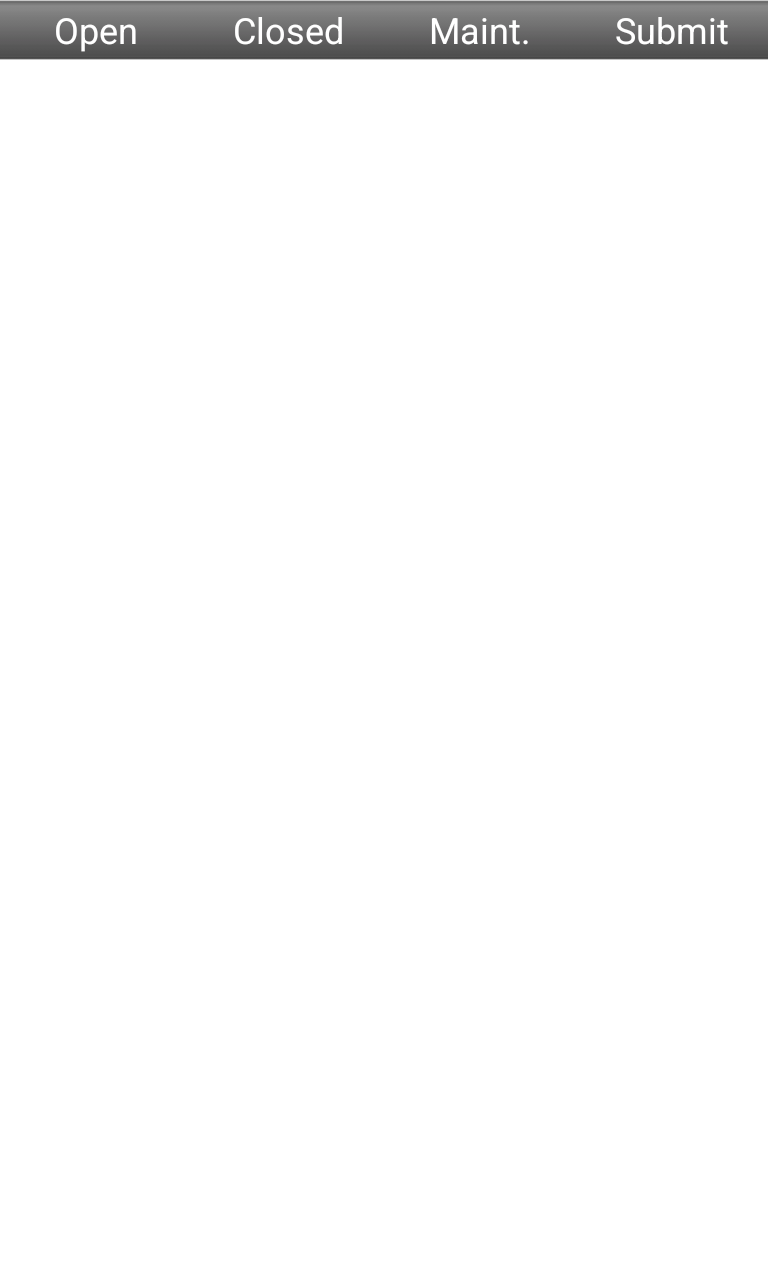
Repository: Pradeep-appstute/First
Layout: Control/res/layout/fragment_tickets.xml
The author's editor kept a copy of each file at every save. The layout is drawn from the files as they stood at one save, then again after the next save.
It is drawn on a 768 x 1280 px phone screen (xhdpi) without system bars, with theme AppTheme; the app's code is not run. Lists and similar views that code fills are empty.

Above is the layout before, as saved 2014-02-11 14:06:23.

After the next save:
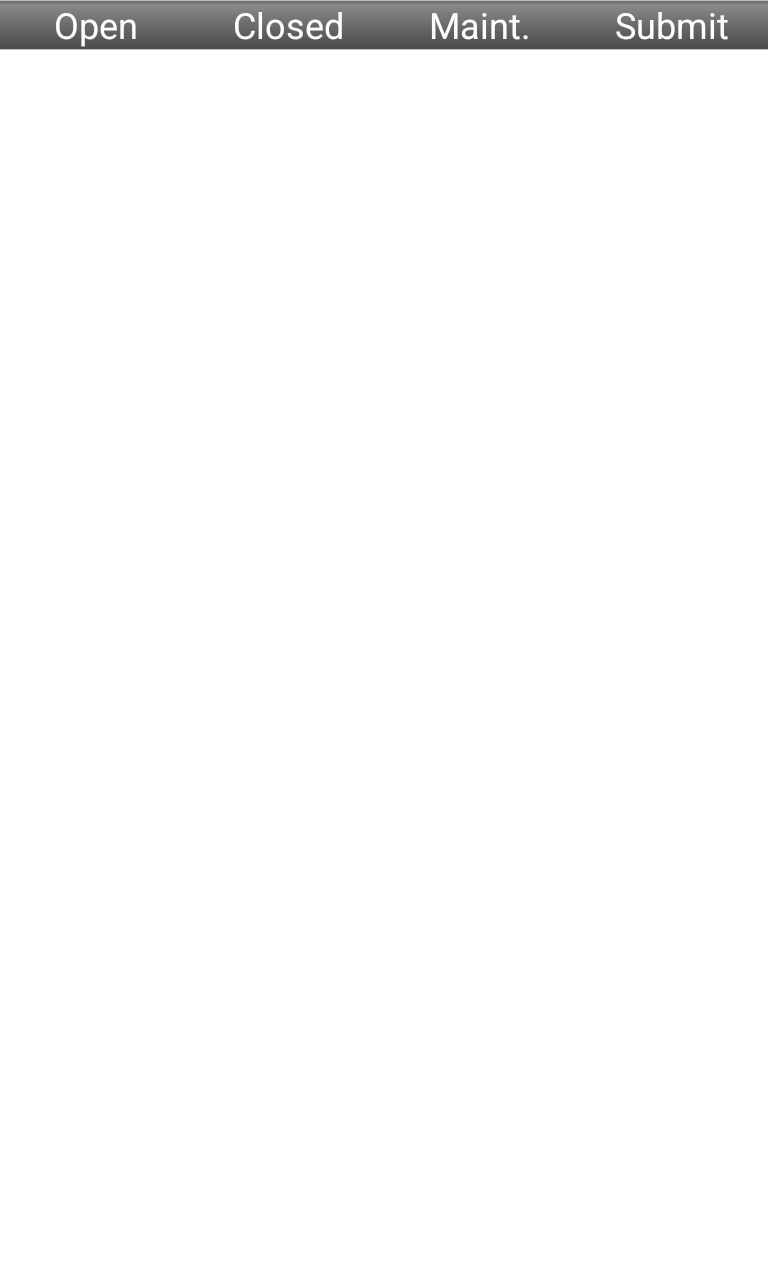
Saved 21 s later.
--- a/Control/res/layout/fragment_tickets.xml
+++ b/Control/res/layout/fragment_tickets.xml
@@ -14,7 +14,7 @@
 
     <LinearLayout
         android:layout_width="match_parent"
-        android:layout_height="30dp"
+        android:layout_height="25dp"
         android:gravity="center"
         android:orientation="horizontal"
             android:background="@drawable/img_tickettypebg"

After the save that followed:
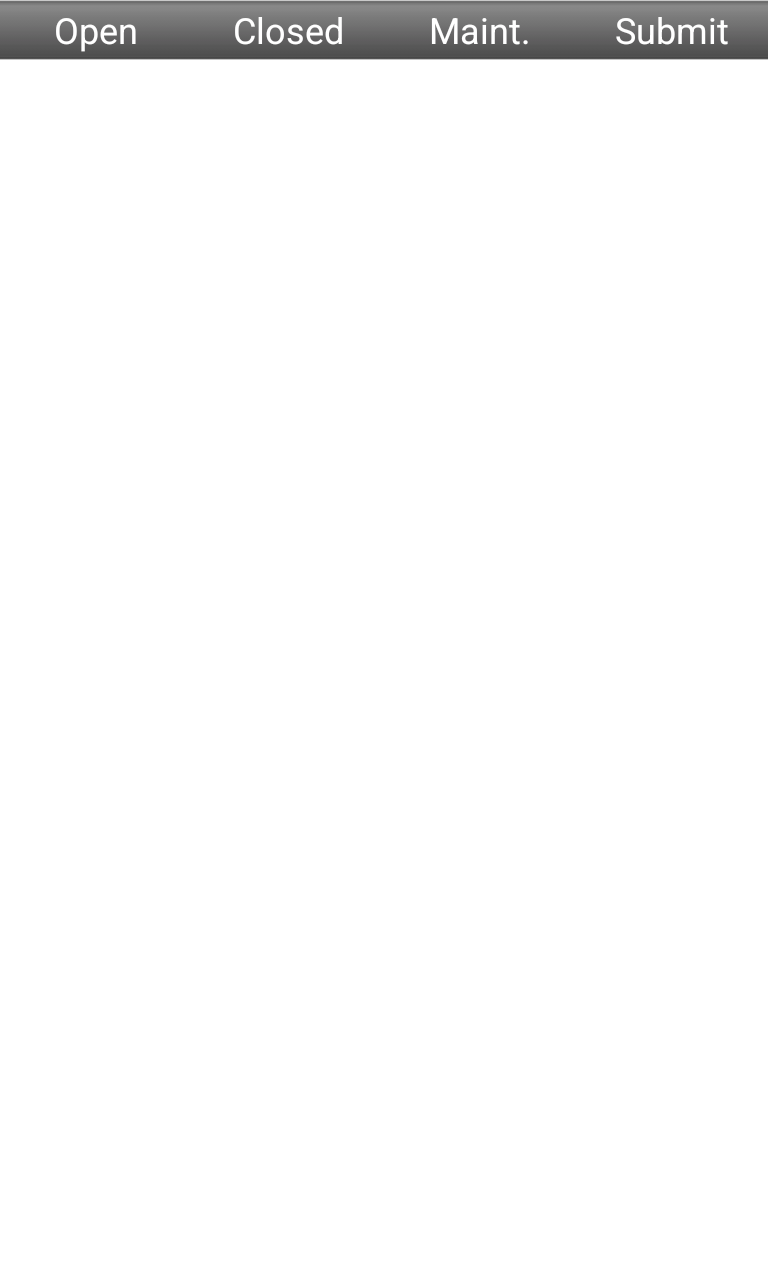
Saved 18 s later.
--- a/Control/res/layout/fragment_tickets.xml
+++ b/Control/res/layout/fragment_tickets.xml
@@ -14,7 +14,7 @@
 
     <LinearLayout
         android:layout_width="match_parent"
-        android:layout_height="25dp"
+        android:layout_height="30dp"
         android:gravity="center"
         android:orientation="horizontal"
             android:background="@drawable/img_tickettypebg"
